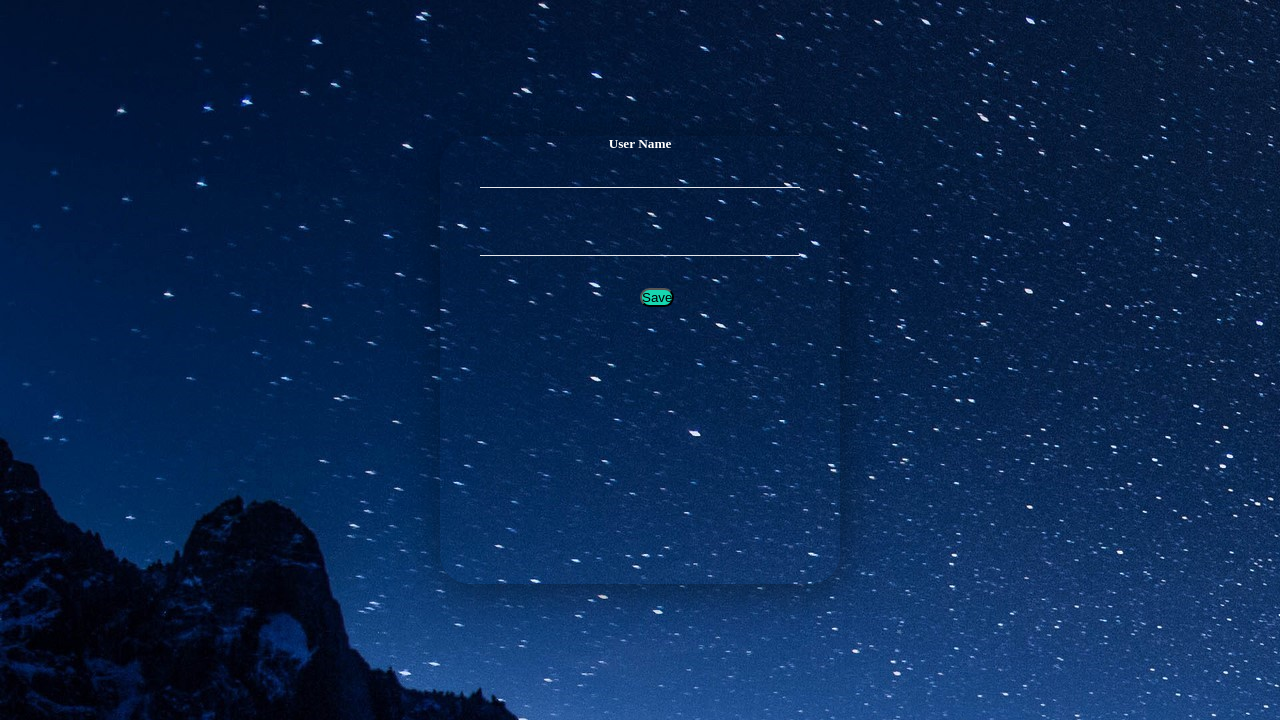
Repository: rkrukshan/Glass_Login_CSS
Page: login.html
An editor plug-in stored every save of this project. The page is shown before and after the next save, followed by the edit.
The browser window is 1280 px wide. The pictures show the whole page.

Above is the page before, as saved 2023-10-03 20:15:32.

After the next save:
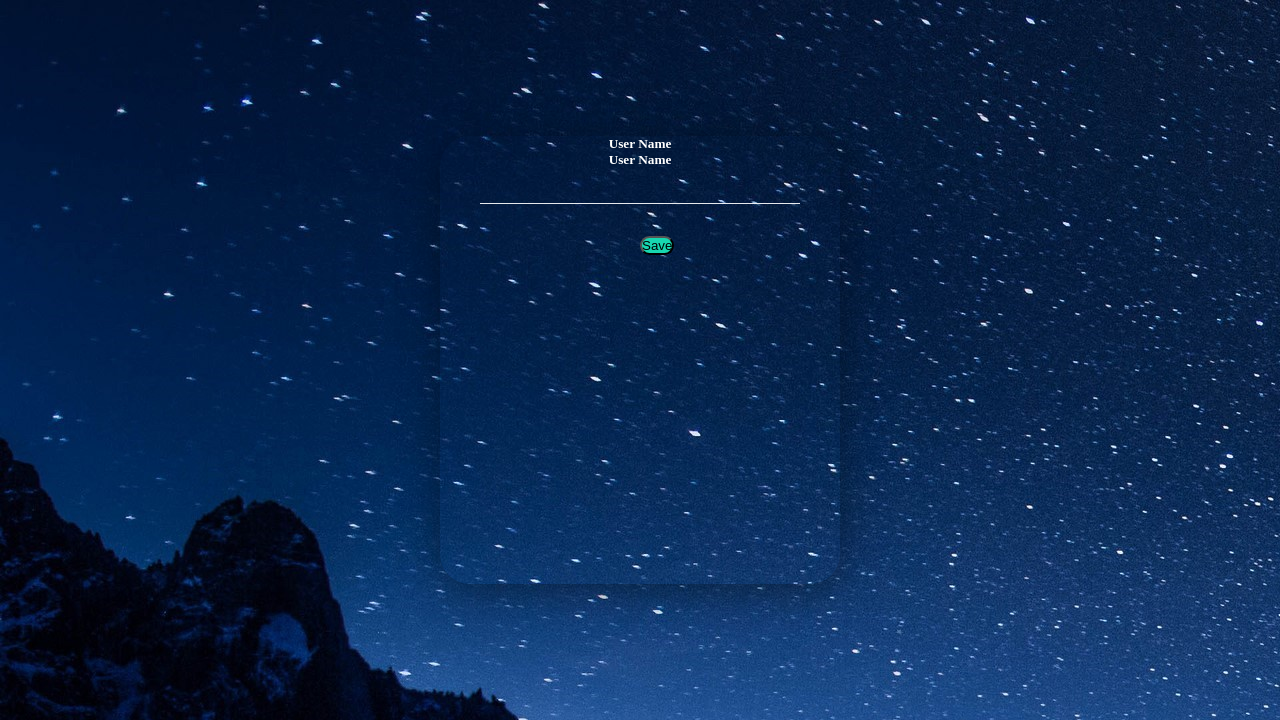
Saved 9 s later.
--- a/login.html
+++ b/login.html
@@ -63,8 +63,9 @@
                     <h5><strong>User Name</strong></h5>
                 </label></center>
 
-            <input type="text">
-            <label for=""></label>
+                <center><label for="" style="color:white">
+                    <h5><strong>User Name</strong></h5>
+                </label></center>            <label for=""></label>
             <input type="text">
             <br>
             <button>Save</button>

After the 2 saves that followed:
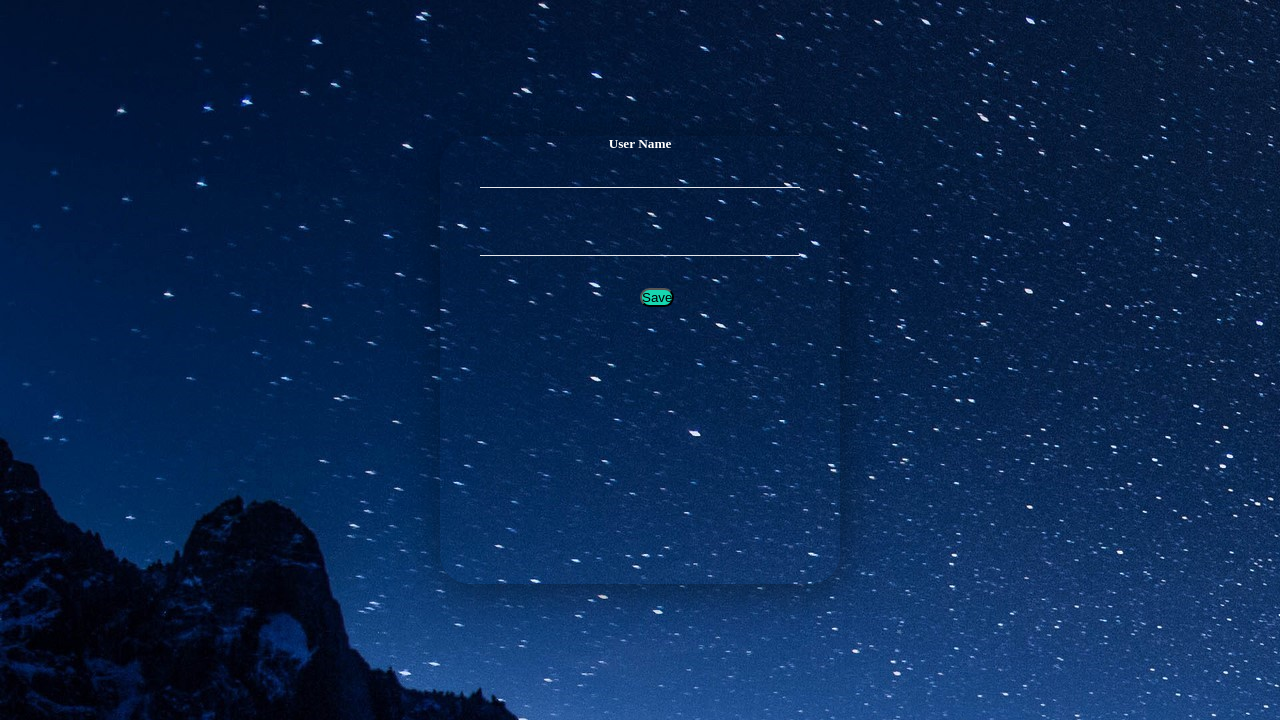
The 2 saves are shown as one change because they came seconds apart.
The last was saved 6 s later.
--- a/login.html
+++ b/login.html
@@ -63,9 +63,8 @@
                     <h5><strong>User Name</strong></h5>
                 </label></center>
 
-                <center><label for="" style="color:white">
-                    <h5><strong>User Name</strong></h5>
-                </label></center>            <label for=""></label>
+            <input type="text">
+            <label for=""></label>
             <input type="text">
             <br>
             <button>Save</button>
